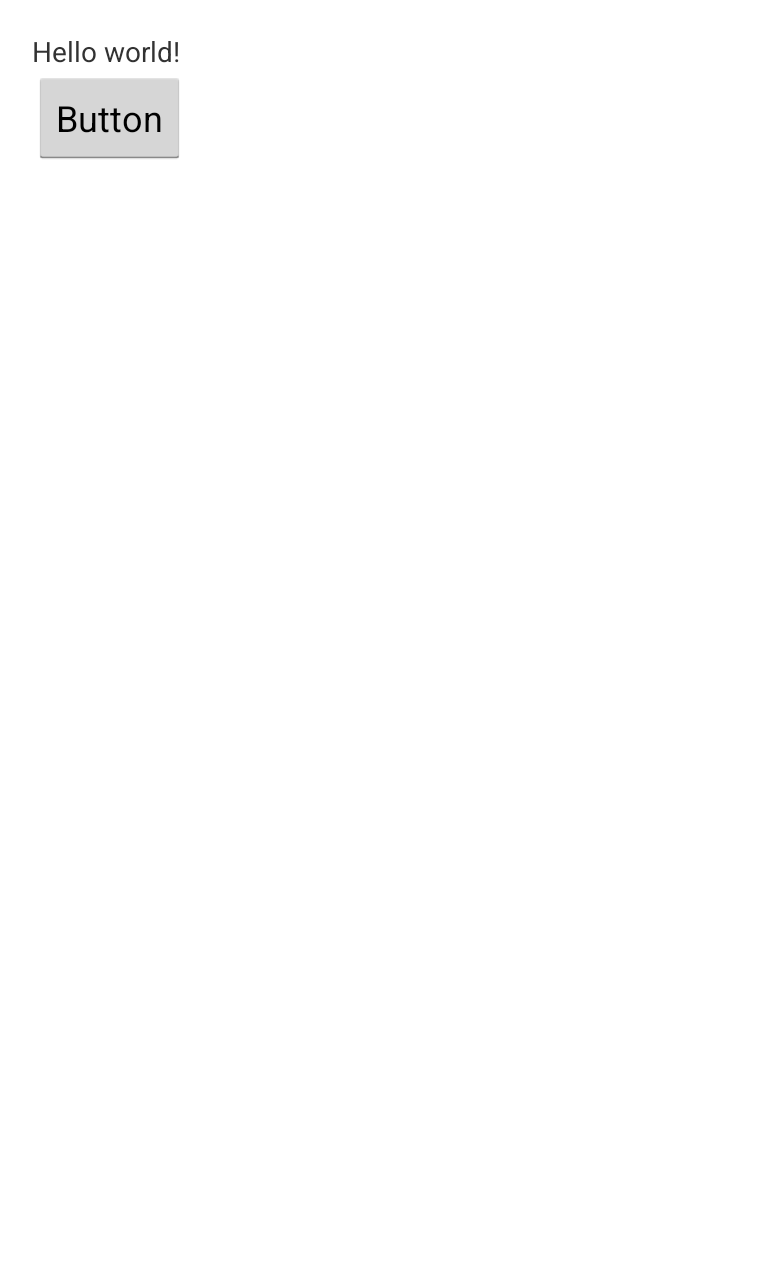
Repository: xingchenxuanfeng/MyStudyForAndroid
Layout: Fragmenttest/res/layout/activity_main.xml
The author's editor kept a copy of each file at every save. The layout is drawn from the files as they stood at one save, then again after the next save.
Pictures or frames that could not be fetched are drawn as grey boxes. It is drawn on a 768 x 1280 px phone screen (xhdpi) without system bars, with theme AppTheme; the app's code is not run.

Above is the layout before, as saved 2015-06-12 02:22:21.

### Fragmenttest/res/layout/activity_main.xml
<RelativeLayout xmlns:android="http://schemas.android.com/apk/res/android"
    xmlns:tools="http://schemas.android.com/tools"
    android:layout_width="match_parent"
    android:layout_height="match_parent"
    android:paddingBottom="@dimen/activity_vertical_margin"
    android:paddingLeft="@dimen/activity_horizontal_margin"
    android:paddingRight="@dimen/activity_horizontal_margin"
    android:paddingTop="@dimen/activity_vertical_margin"
    tools:context=".MainActivity" >

    <TextView
        android:id="@+id/tv"
        android:layout_width="wrap_content"
        android:layout_height="wrap_content"
        android:text="@string/hello_world" />

    <Button
        android:id="@+id/button1"
        android:layout_width="wrap_content"
        android:layout_height="wrap_content"
        android:layout_below="@+id/tv"
        android:text="Button" />

   <!--  <fragment
        android:id="@+id/fragment1"
        android:name="com.example.fragmenttest.Fragment1"
        android:layout_width="match_parent"
        android:layout_height="wrap_content"
        android:layout_below="@+id/button1"
        tools:context=".Fragment1"
        tools:layout="@layout/fragement1" /> -->

</RelativeLayout>

### Fragmenttest/res/values/strings.xml
<?xml version="1.0" encoding="utf-8"?>
<resources>

    <string name="app_name">Fragmenttest</string>
    <string name="action_settings">Settings</string>
    <string name="hello_world">Hello world!</string>

</resources>

### Fragmenttest/res/layout/fragement1.xml
<?xml version="1.0" encoding="utf-8"?>
<LinearLayout xmlns:android="http://schemas.android.com/apk/res/android"
    android:layout_width="match_parent"
    android:layout_height="match_parent"
    android:orientation="vertical" >

    <TextView
        android:id="@+id/tv"
        android:layout_width="match_parent"
        android:layout_height="wrap_content"
        android:text="fragment1"/>

</LinearLayout>

Loaded but not shown: Fragmenttest/res/values/styles.xml (common file); Fragmenttest/res/values-v11/styles.xml (common file); Fragmenttest/res/values-v14/styles.xml (common file); Fragmenttest/res/values/dimens.xml (common file)

After the next save:
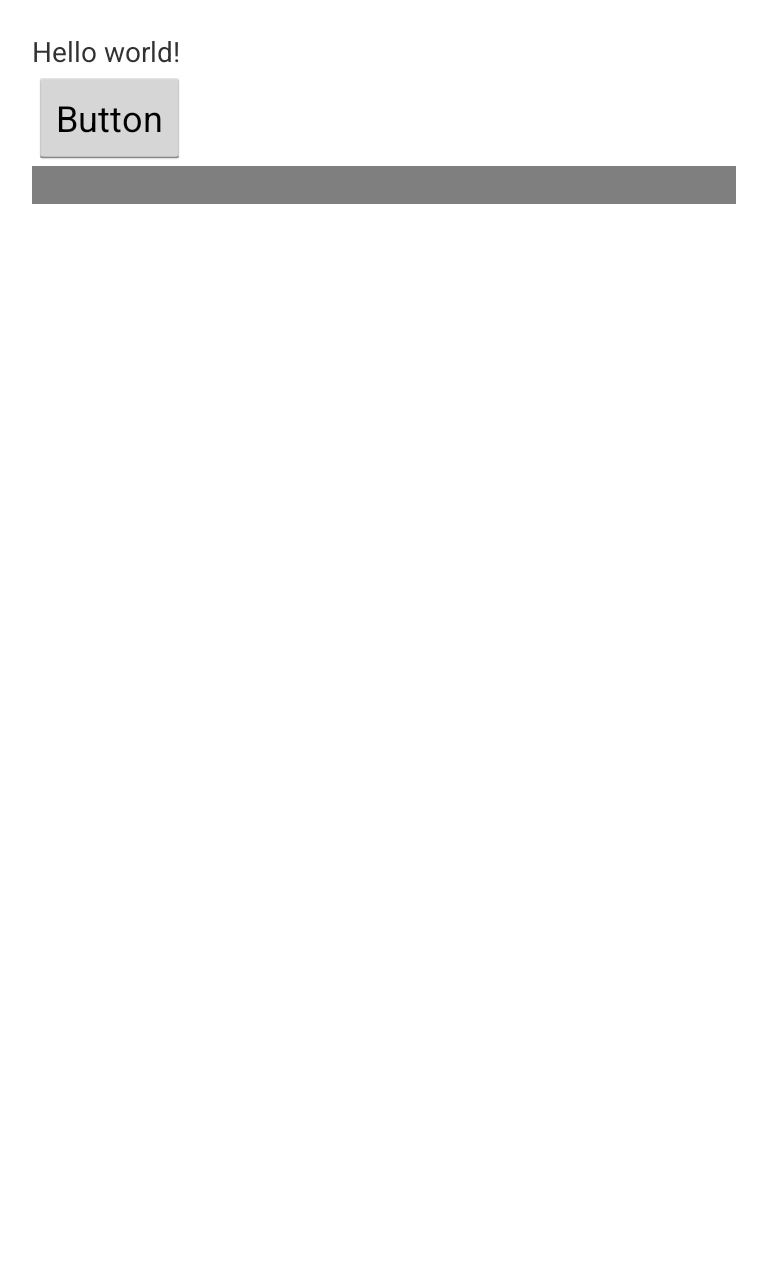
Saved 16 min 27 s later.
--- a/Fragmenttest/res/layout/activity_main.xml
+++ b/Fragmenttest/res/layout/activity_main.xml
@@ -21,13 +21,13 @@
         android:layout_below="@+id/tv"
         android:text="Button" />
 
-   <!--  <fragment
+     <fragment
         android:id="@+id/fragment1"
         android:name="com.example.fragmenttest.Fragment1"
         android:layout_width="match_parent"
         android:layout_height="wrap_content"
         android:layout_below="@+id/button1"
         tools:context=".Fragment1"
-        tools:layout="@layout/fragement1" /> -->
-
+        tools:layout="@layout/fragement1" />
+     <LinearLayout ></LinearLayout>
 </RelativeLayout>
